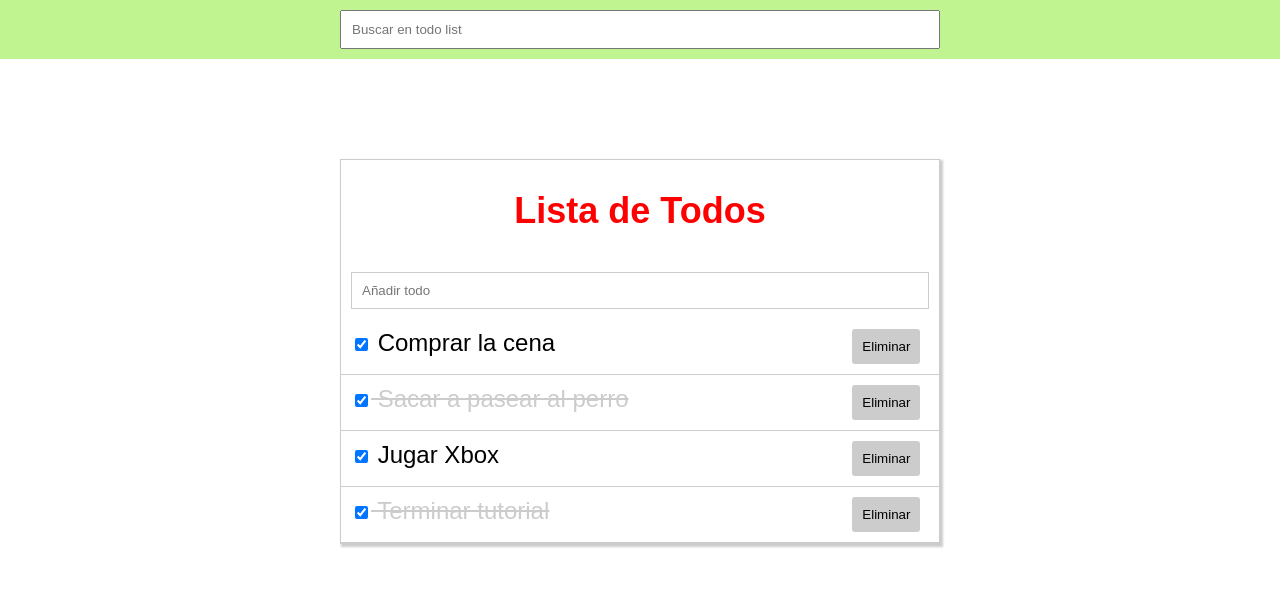
Repository: MauriVaz/Primer-app-con-Vue
Page: /
The author's editor kept a copy of each file at every save. The page is drawn from the files as they stood at one save, then again after the next save.
The browser window is 1280 px wide. The pictures show the whole page.
The project was rebuilt for these pictures with package versions that can differ from the ones it lists, and the page was loaded fresh each time. Also part of the build but not shown: vue.config.js.

Above is the page before, as saved 2023-02-02 22:11:25.

After the next save:
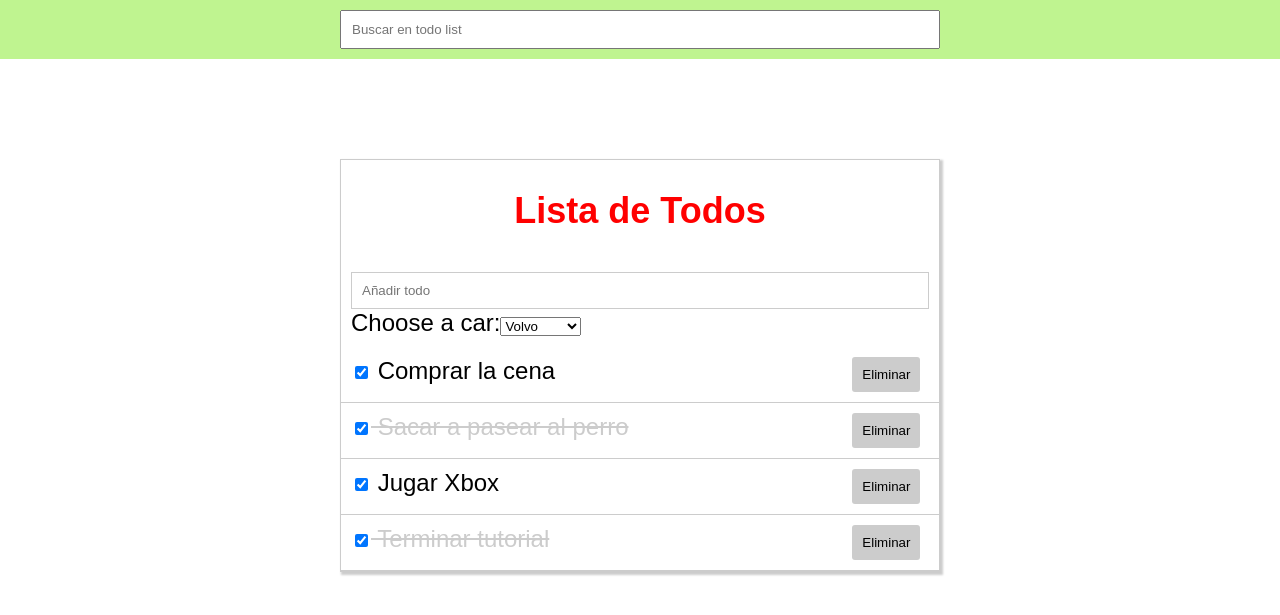
Saved 100 s later.
--- a/src/components/TodoAdd.vue
+++ b/src/components/TodoAdd.vue
@@ -2,6 +2,14 @@
     <div id="add-container">
         <form @submit="addTodo">
             <input type="text" placeholder="Añadir todo" v-model="title">
+            <label for="cars">Choose a car:</label>
+
+<select id="cars">
+  <option label="Volvo">Volvo (Latin for "I roll")</option>
+  <option label="Saab">Saab (Swedish Aeroplane AB)</option>
+  <option label="Mercedes">Mercedes (Mercedes-Benz)</option>
+  <option label="Audi">Audi (Auto Union Deutschland Ingolstadt)</option>
+</select>
         </form>
     </div>
 </template>
